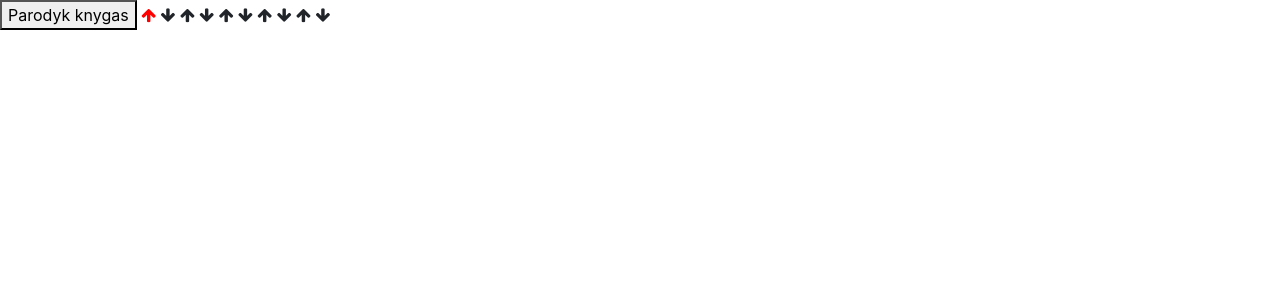
Repository: motiejus1/17-paskaita-PHP-05.31
Page: http://localhost/testavimas/ajax_uzklausa_jquery.php
These files come from the project's save history. The page is drawn as it stood at one moment and after the next save; the edit follows.
The browser window is 1280 px wide. The pictures show the whole page.
After loading, the first visible `#desc-knygos-ID` was clicked once.
Some web libraries are served in a nearby version. The page is run by PHP 8.4 with error messages shown; the project is at /var/www/html/. Queries for data that is not in the repository find no rows.

Above is the page before, as saved 2021-09-16 20:48:40.

After the next save:
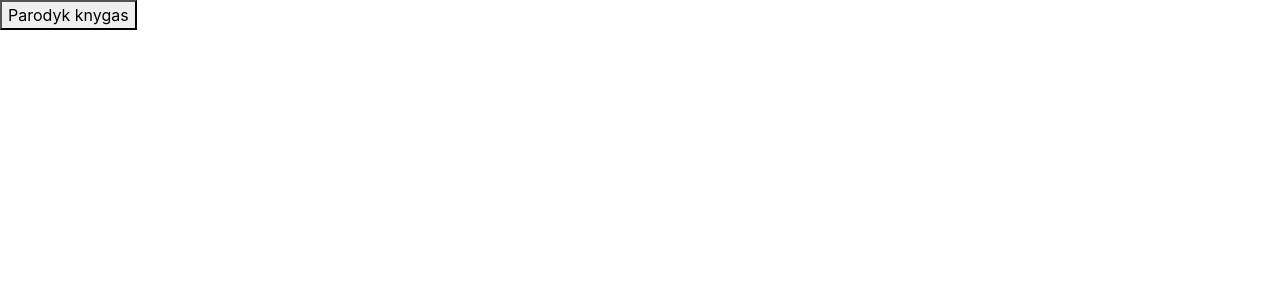
Saved 13 s later.
--- a/testavimas/script_test.js
+++ b/testavimas/script_test.js
@@ -36,7 +36,7 @@
 
         var pressedButton = $(this); //sugeba atskirti elementa kuris yra paspaustas
 
-        $(".sort-heading")
+        $(".sort-heading").removeClass()
         pressedButton.addClass("arrow-active");
 
         //document.querySelector(".sort-heading").classList.add("arrow-active")

After the 2 saves that followed:
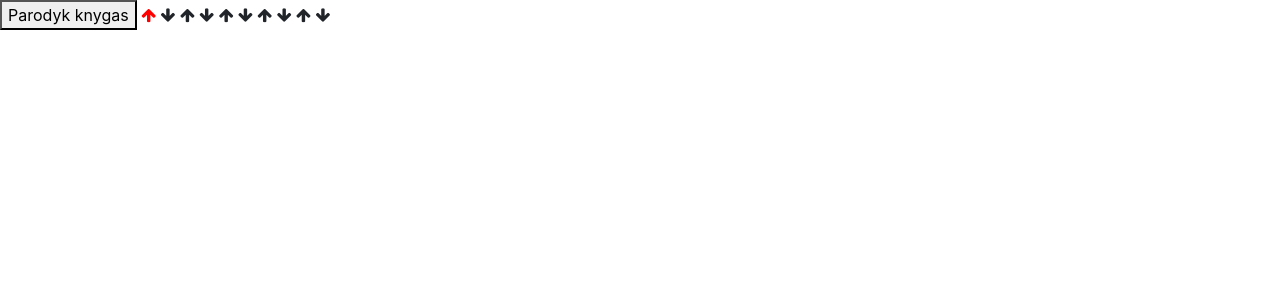
The 2 saves are shown as one change because they came seconds apart.
The last was saved 11 s later.
--- a/testavimas/script_test.js
+++ b/testavimas/script_test.js
@@ -36,7 +36,7 @@
 
         var pressedButton = $(this); //sugeba atskirti elementa kuris yra paspaustas
 
-        $(".sort-heading").removeClass()
+        $(".sort-heading").removeClass("arrow-active");
         pressedButton.addClass("arrow-active");
 
         //document.querySelector(".sort-heading").classList.add("arrow-active")
